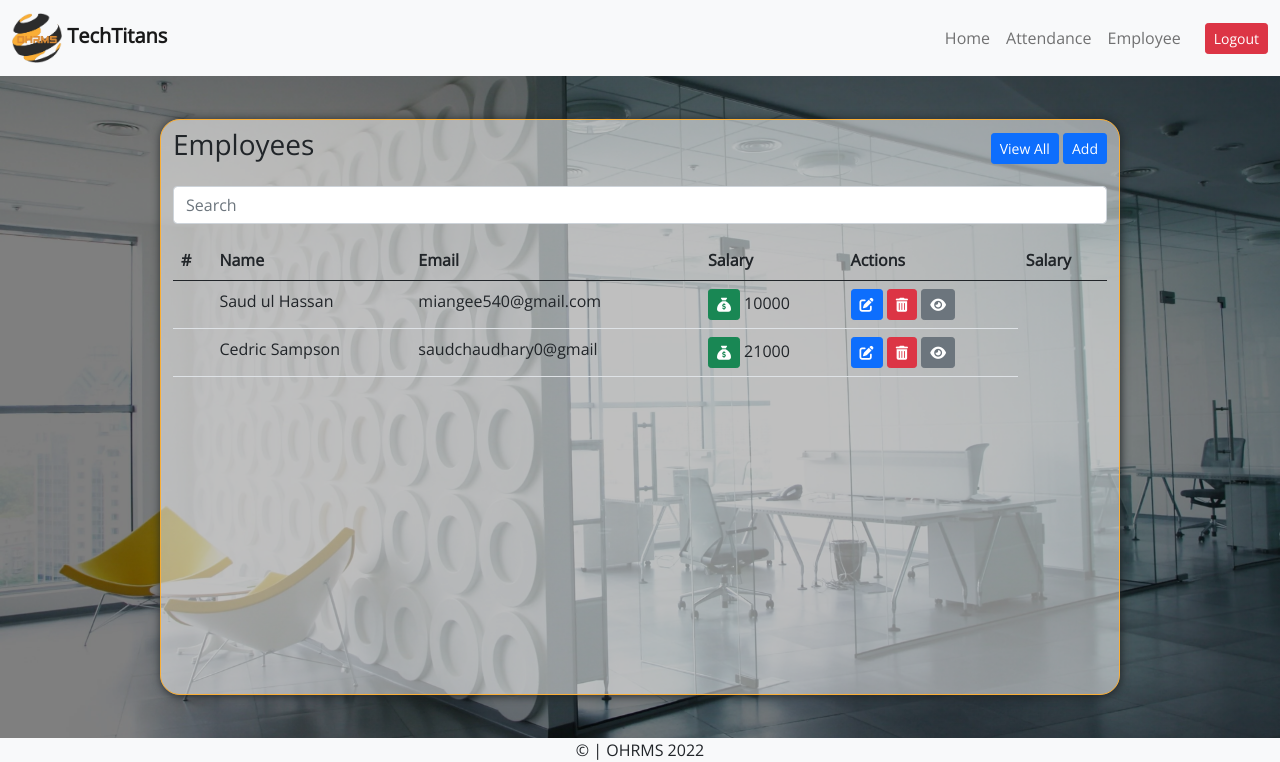
Repository: SaudCh/PHP-OHRMS
Page: http://localhost/admin/employee
The author's editor kept a copy of each file at every save. The page is drawn from the files as they stood at one save, then again after the next save.
The browser window is 1280 px wide. The pictures show the whole page.
Some web libraries are served in a nearby version. The page is run by PHP 8.4 with error messages shown; the project is at /var/www/html/. The session is filled in as if someone had signed in: {"admin": "admin@ohrm.com"}. Other server files are loaded and not shown. The database holds what the project's SQL file puts in it.

Above is the page before, as saved 2022-06-08 23:02:32.

### admin/employee.php
<!DOCTYPE html>
<html lang="en">

<head>
    <meta charset="UTF-8">
    <meta http-equiv="X-UA-Compatible" content="IE=edge">
    <meta name="viewport" content="width=device-width, initial-scale=1.0">
    <?php require "../assets/includes/link.includes.php" ?>
    <link rel="stylesheet" href="./assets/css/admin-styles.css">
    <script src="https://ajax.googleapis.com/ajax/libs/jquery/3.6.0/jquery.min.js"></script>

    <title>Employee</title>

</head>

<body>
    <?php require "./assets/Components/header.php" ?>

    <div class="container-fluid profile-body">
        <div class="row align-items-center justify-content-center" style="min-height: 92vh;">

            <div class="card col-11 col-md-9 cus-card" style="min-height: 80vh;">
                <div class="d-flex align-items-center justify-content-between mt-2">
                    <h3>Employees</h3>
                    <div>
                        <a href="employee" class="btn btn-sm btn-primary">View All</a>
                        <a href="add-employee" class="btn btn-sm btn-primary">Add</a>
                    </div>
                </div>
                <div class="my-3">
                    <input type="text" class="form-control" id="search-employee" placeholder="Search">
                </div>
                <?php require "../assets/includes/alert.includes.php" ?>

                <div style="height:60vh;overflow-y:scroll;" id="cus-scroll">
                    <table class="table">
                        <thead>
                            <tr>
                                <th scope="col">#</th>
                                <th scope="col">Name</th>
                                <th scope="col">Email</th>
                                <th scope="col">Salary</th>
                                <th scope="col">Actions</th>
                                <th scope="col">Salary</th>

                            </tr>
                        </thead>
                        <tbody id="employee-data">

                            <?php
                            $sql = "select * from employee";
                            $results = mysqli_query($con, $sql);
                            $rescheck = mysqli_num_rows($results);
                            if ($rescheck > 0) {
                                while ($row = mysqli_fetch_assoc($results)) {
                            ?>
                                    <tr>
                                        <th scope="row"></th>
                                        <td><?= $row["name"] ?></td>
                                        <td><?= $row['emailAddress'] ?></td>
                                        <td>
                                            <a href="edit-salary?id=<?= $row['empId'] ?>" class="btn btn-sm btn-success"><i class="fa-solid fa-sack-dollar"></i></a>
                                            <?= $row['salary'] ?>
                                        </td>
                                        <td>
                                            <a href="edit-employee?id=<?= $row['empId'] ?>" class="btn btn-sm btn-primary"><i class="fa-solid fa-pen-to-square"></i></a>
                                            <a href="assets/includes/delete-employee.includes.php?id=<?= $row['empId'] ?>" class="btn btn-sm btn-danger"><i class="fa-solid fa-trash-can"></i></a>
                                            <a href="view-employee?id=<?= $row['empId'] ?>" class="btn btn-sm btn-secondary"><i class="fa-solid fa-eye"></i></a>

                                        </td>


                                    </tr>
                            <?php }
                            } ?>
                        </tbody>
                    </table>
                </div>
            </div>
        </div>
    </div>
    <?php require "./assets/Components/footer.php" ?>

    <script>
        $(document).ready(function() {
            $("#search-employee").keyup(function() {
                var search = $(this).val();
                $.ajax({
                    url: 'search-employee.php',
                    method: 'post',
                    data: {
                        query: search
                    },
                    success: function(response) {
                        $("#employee-data").html(response);
                    }
                });
            });
        });
    </script>
</body>

</html>

### assets/includes/link.includes.php
<link href="https://cdn.jsdelivr.net/npm/bootstrap@5.0.2/dist/css/bootstrap.min.css" rel="stylesheet" integrity="sha384-EVSTQN3/azprG1Anm3QDgpJLIm9Nao0Yz1ztcQTwFspd3yD65VohhpuuCOmLASjC" crossorigin="anonymous">
<script src="https://cdn.jsdelivr.net/npm/bootstrap@5.0.2/dist/js/bootstrap.bundle.min.js" integrity="sha384-MrcW6ZMFYlzcLA8Nl+NtUVF0sA7MsXsP1UyJoMp4YLEuNSfAP+JcXn/tWtIaxVXM" crossorigin="anonymous"></script>
<script src="https://cdn.jsdelivr.net/npm/@popperjs/core@2.9.2/dist/umd/popper.min.js" integrity="sha384-IQsoLXl5PILFhosVNubq5LC7Qb9DXgDA9i+tQ8Zj3iwWAwPtgFTxbJ8NT4GN1R8p" crossorigin="anonymous"></script>
<script src="https://cdn.jsdelivr.net/npm/bootstrap@5.0.2/dist/js/bootstrap.min.js" integrity="sha384-cVKIPhGWiC2Al4u+LWgxfKTRIcfu0JTxR+EQDz/bgldoEyl4H0zUF0QKbrJ0EcQF" crossorigin="anonymous"></script>

<script src="https://kit.fontawesome.com/5d60ba127b.js" crossorigin="anonymous"></script>

<link rel="stylesheet" href="./assets/css/style.css" type="text/css">
<link rel="stylesheet" href="./assets/css/footer.css" type="text/css">

<link rel="preconnect" href="https://fonts.googleapis.com">
<link rel="preconnect" href="https://fonts.gstatic.com" crossorigin>
<link href="https://fonts.googleapis.com/css2?family=Open+Sans&display=swap" rel="stylesheet">


<style>
    .link {
        text-decoration: none;
    }
    *{
        font-family: 'Open Sans', sans-serif;
    }
</style>

### admin/assets/Components/header.php
<?php
session_start();
$email = '';

include '../assets/config/dbconfig.php';

if (isset($_SESSION['admin'])) {
    $email = $_SESSION['admin'];
} else {
    header("location: login");
}
?>
<nav class="navbar navbar-expand-lg navbar-light bg-light">
    <div class="container-fluid">
        <a class="navbar-brand" href="index">
            <img src="../assets/images/logo.png" alt="logo" style="height: 50px;">
            <span class="fw-bold">TechTitans</span>
        </a>
        <button class="navbar-toggler" type="button" data-bs-toggle="collapse" data-bs-target="#navbarSupportedContent" aria-controls="navbarSupportedContent" aria-expanded="false" aria-label="Toggle navigation">
            <span class="navbar-toggler-icon"></span>
        </button>
        <div class="collapse navbar-collapse" id="navbarSupportedContent">
            <ul class="navbar-nav ms-auto me-3 mb-2 mb-lg-0">
                <li class="nav-item">
                    <a class="nav-link" aria-current="page" href="index">Home</a>
                </li>
                <li class="nav-item">
                    <a class="nav-link" href="attendance">Attendance</a>
                </li>
                <li class="nav-item">
                    <a class="nav-link" href="employee">Employee</a>
                </li>
            </ul>
            <?php

            if (isset($_SESSION['admin'])) {
                echo '<a href="./assets/includes/admin-logout.includes.php" class="btn btn-sm btn-danger">Logout</a>';
            } else {
                echo '<a href="login" class="btn btn-sm btn-success">Login</a>';
            }
            ?>


        </div>
    </div>
</nav>

### assets/config/dbconfig.php
<?php
// Database configuration
$dbHost     = "localhost";
$dbUsername = "root";
$dbPassword = "";
$dbName     = "ohrms";

// $dbHost     = "sql309.epizy.com";
// $dbUsername = "epiz_31832295";
// $dbPassword = "tUeUxf7Ppv8";
// $dbName     = "epiz_31832295_ohrms";

// Create database connection
$db = new mysqli($dbHost, $dbUsername, $dbPassword, $dbName);
$con = mysqli_connect($dbHost, $dbUsername, $dbPassword, $dbName);

// Check connection
if ($db->connect_error) {
    die("Connection failed: " . $db->connect_error);
}

### assets/includes/alert.includes.php
<?php if (isset($_GET["suc"])) {
    $msg = $_GET["suc"];
?>
    <div class="alert alert-success" role="alert">
        <?= $msg ?>
    </div>
<?php
} ?>
<?php if (isset($_GET["err"])) {
    $msg = $_GET["err"];
?>
    <div class="alert alert-danger" role="alert">
        <?= $msg ?>
    </div>
<?php
} ?>

### admin/assets/Components/footer.php
<footer class="bg-light text-center">
    <span class="text-center">&copy | OHRMS 2022</span>
</footer>

### assets/css/footer.css
.back-to-top {
  cursor: pointer;
  position: fixed;
  bottom: 30px;
  right: 20px;
  display: none;
  z-index: 10;
}

.footer {
  background-color: #fe9126;
  display: flex;
  color: white;
  z-index: 2;
}

.footer a {
  color: white;
  text-decoration: none;
  font-weight: 500;
}

.footer-links ul {
  text-align: left;
}

.footer-links li {
  list-style: none;
}

.copyright {
  color: white;
  background-color: #fe9126;
}

### admin/assets/css/admin-styles.css
.login-body {
  min-height: 90vh;
  display: flex;
  justify-content: center;
  align-items: center;

  background-image: linear-gradient(
      rgba(250, 174, 54, 0.3),
      rgba(250, 174, 54, 0.3)
    ),
    url("../../../assets/images/4452961.webp");
  background-size: cover;
  background-repeat: no-repeat;
  background-position: center;
}
.login-card {
  background-color: rgba(255, 255, 255, 1);
  box-shadow: 1px 1px 10px;
  border-radius: 20px;
  border-color: #faae36;
}

.profile-body {
  min-height: 90vh;
  background-image: linear-gradient(rgba(0, 0, 0, 0.5), rgba(0, 0, 0, 0.5)),
    url("../../../assets/images/4452961.webp");
  background-size: cover;
  background-repeat: no-repeat;
  background-position: center;
}

.link {
  text-decoration: none;
}
.index-body {
  display: flex;
  justify-content: center;
  align-items: center;

  min-height: 90vh;
  background-image: linear-gradient(rgba(0, 0, 0, 0.5), rgba(0, 0, 0, 0.5)),
    url("../../../assets/images/4452961.webp");
  background-size: cover;
  background-repeat: no-repeat;
  background-position: center;
}
.profile-body {
  min-height: 90vh;
  background-image: linear-gradient(rgba(0, 0, 0, 0.5), rgba(0, 0, 0, 0.5)),
    url("../../../assets/images/4452961.webp");
  background-size: cover;
  background-repeat: no-repeat;
  background-position: center;
}
.cus-card {
  background-color: rgba(255, 255, 255, 0.5);
  box-shadow: 1px 1px 10px;
  border-radius: 20px;
  border-color: #faae36;
}
#cus-scroll::-webkit-scrollbar {
  width: 5px;
}

#cus-scroll::-webkit-scrollbar-track {
  background: #f1f1f1;
}

#cus-scroll::-webkit-scrollbar-thumb {
  background: #888;
}

#cus-scroll::-webkit-scrollbar-thumb:hover {
  background: #555;
}

### sql/ohrms.sql (the tables this page reads)
CREATE TABLE `employee` (
  `empId` int(11) NOT NULL,
  `name` char(50) NOT NULL,
  `phoneNumber` varchar(15) NOT NULL,
  `department` char(10) NOT NULL,
  `emailAddress` varchar(50) NOT NULL,
  `password` varchar(255) NOT NULL,
  `address` varchar(100) NOT NULL,
  `gender` char(10) NOT NULL,
  `salary` int(10) NOT NULL DEFAULT 10000,
  `token` varchar(255) NOT NULL,
  `empStatus` int(1) NOT NULL DEFAULT 0,
  `created` datetime NOT NULL DEFAULT current_timestamp(),
  `tempMail` varchar(20) NOT NULL
) ENGINE=InnoDB DEFAULT CHARSET=utf8mb4;

INSERT INTO `employee` (`empId`, `name`, `phoneNumber`, `department`, `emailAddress`, `password`, `address`, `gender`, `salary`, `token`, `empStatus`, `created`, `tempMail`) VALUES
(49, 'Saud ul Hassan', '03022321605', 'IT', 'miangee540@gmail.com', '$2y$10$tnkPhTnqi.jBUQkl8uiTEePtk4Auc3IYuPundD76d2H41YGcwugUW', '123 B Comsats\r\n123', 'male', 10000, '1bb7c8eb79b1d6be961371dabf6745', 1, '2022-06-13 18:56:53', 'miangee540@gmail.com'),
(51, 'Cedric Sampson', '+16473759896', 'Finance', 'saudchaudhary0@gmail', '$2y$10$8lcl4ARF2QZ6ryeaVm7qlOr02QNJMQFGSRC1rsK8to0F42cu8QcHu', 'Mollitia et et deser', 'female', 21000, '6e4e9ff9110491b8cb7f122b012c2c', 0, '2022-06-13 19:32:44', 'saudchaudhary0@gmail');

ALTER TABLE `employee`
  ADD PRIMARY KEY (`empId`);

ALTER TABLE `employee`
  MODIFY `empId` int(11) NOT NULL AUTO_INCREMENT, AUTO_INCREMENT=52;

Loaded but not shown: assets/css/style.css (common file)

After the next save:
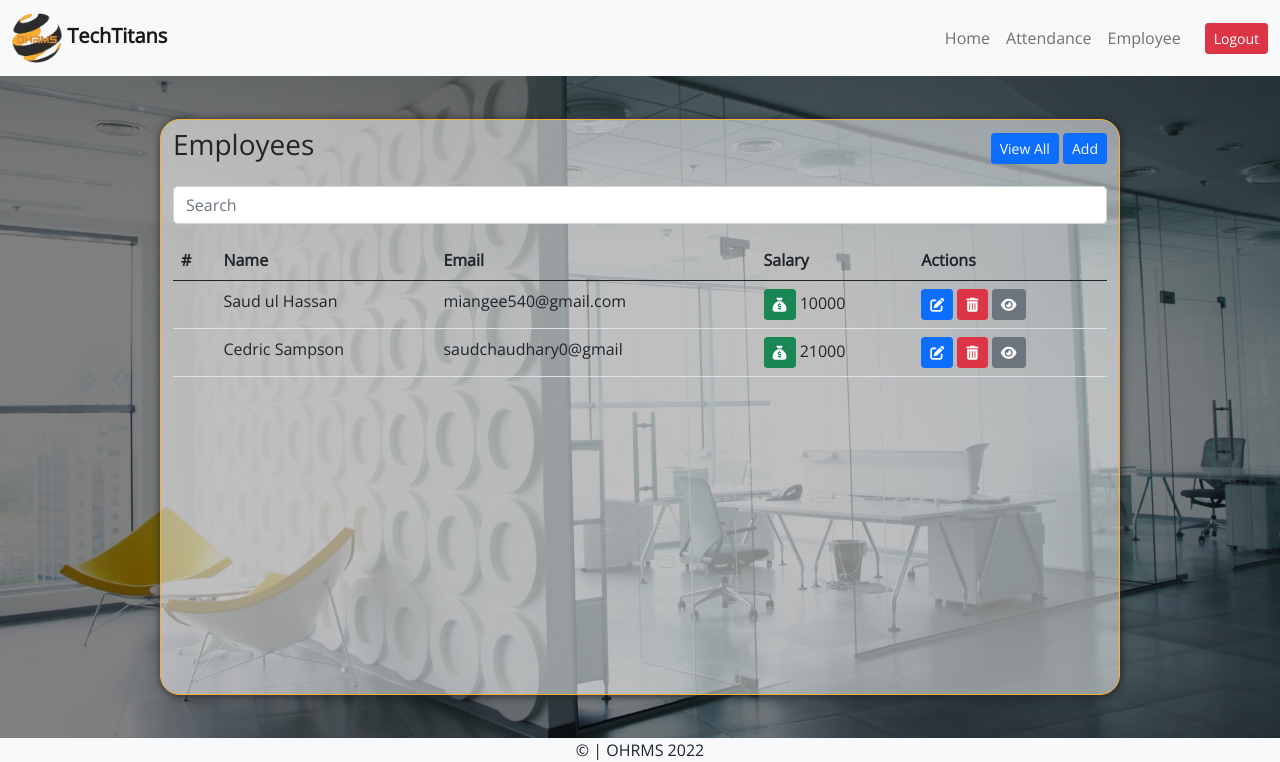
Saved 6 min 8 s later.
--- a/admin/employee.php
+++ b/admin/employee.php
@@ -41,7 +41,6 @@
                                 <th scope="col">Email</th>
                                 <th scope="col">Salary</th>
                                 <th scope="col">Actions</th>
-                                <th scope="col">Salary</th>
 
                             </tr>
                         </thead>
